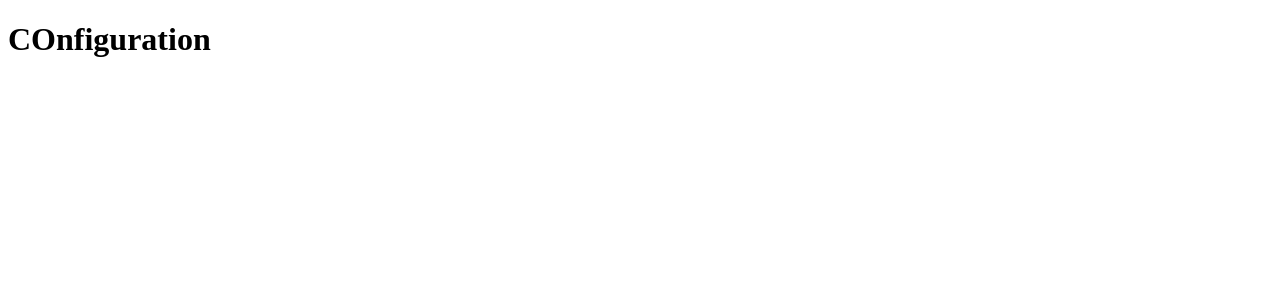
Repository: neerajchavan/E-Commerce-Project
Page: http://localhost/E-Commerce-Project/
These files come from the project's save history. The page is drawn as it stood at one moment and after the next save; the edit follows.
The browser window is 1280 px wide. The pictures show the whole page.
The page is served by Tomcat 9.

Above is the page before, as saved 2020-10-07 03:09:09.

After the next save:
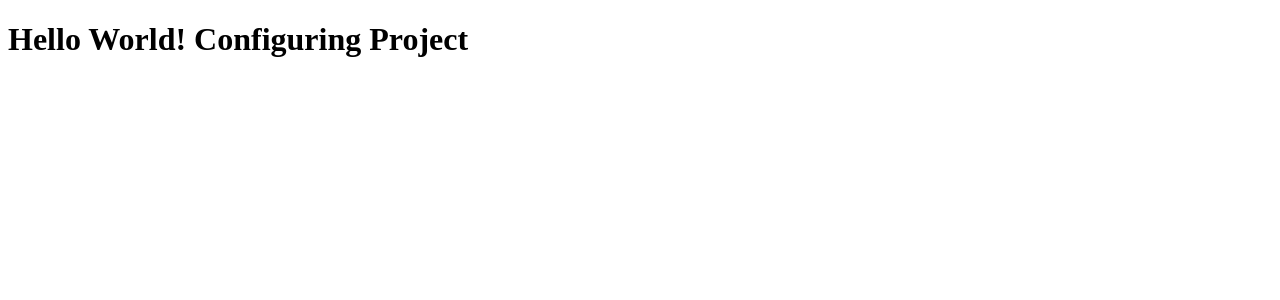
Saved 2 min 7 s later.
--- a/E-Commerce-Project/WebContent/index.jsp
+++ b/E-Commerce-Project/WebContent/index.jsp
@@ -7,6 +7,6 @@
 <title>Insert title here</title>
 </head>
 <body>
-	<h1>COnfiguration</h1>
+	<h1>Hello World! Configuring Project</h1>
 </body>
 </html>
